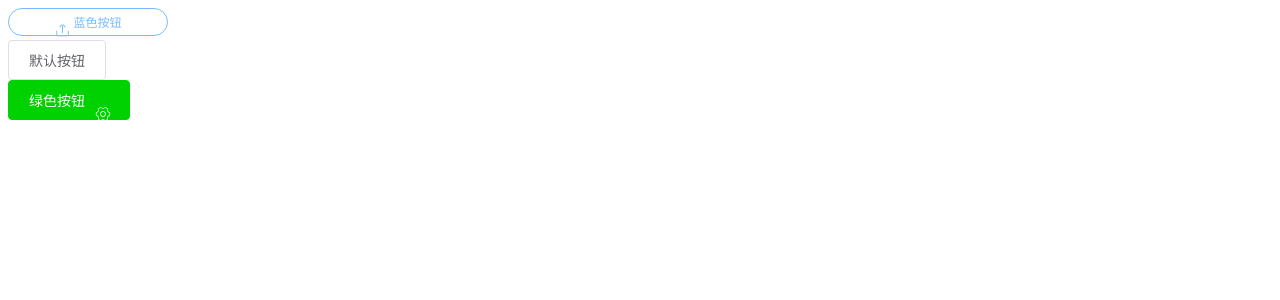
Repository: Cherry-pan/component-packing
Page: /
An editor plug-in stored every save of this project. The page is shown before and after the next save, followed by the edit.
The browser window is 1280 px wide. The pictures show the whole page.
The project was rebuilt for these pictures with package versions that can differ from the ones it lists, and the page was loaded fresh each time. Also part of the build but not shown: vue.config.js.

Above is the page before, as saved 2022-04-30 15:40:02.

### index.html
<!DOCTYPE html>
<html>
  <head>
    <meta charset="utf-8">
    <meta name="viewport" content="width=device-width,initial-scale=1.0">
    <title>component-packing</title>
  </head>
  <body>
    <div id="app"></div>
    <!-- built files will be auto injected -->
  </body>
</html>

### src/main.js
// The Vue build version to load with the `import` command
// (runtime-only or standalone) has been set in webpack.base.conf with an alias.
import Vue from 'vue'
import App from './App'
import router from './router'

Vue.config.productionTip = false
// 引入icon css样式
import "./styles/icon/iconfont.css"
/* eslint-disable no-new */
new Vue({
  el: '#app',
  router,
  components: { App },
  template: '<App/>'
})

### src/styles/icon/iconfont.css
@font-face {
  font-family: "iconfont"; /* Project id 3369880 */
  src:url('iconfont.ttf?t=1651303504252') format('truetype');
}

.iconfont {
  font-family: "iconfont" !important;
  font-size: 16px;
  font-style: normal;
  -webkit-font-smoothing: antialiased;
  -moz-osx-font-smoothing: grayscale;
}

.icon-shezhi:before {
  content: "\e64b";
}

.icon-shangchuan:before {
  content: "\e600";
}

### src/components/Home.vue
<template>
  <div>
    <AButton
      type="primary"
      border
      round
      disabled
      size="mini"
      minWidth="160px"
      prefix="shangchuan"
    >
      蓝色按钮
    </AButton>
    <AButton>
      默认按钮
    </AButton>
    <AButton type="success" suffix="shezhi">
      绿色按钮
    </AButton>
  </div>
</template>

<script>
export default {
  name: "Home",
  components: {
    AButton: () => import("@/components/button/Button.vue")
  },

  data() {
    return {};
  }
};
</script>

<!-- Add "scoped" attribute to limit CSS to this component only -->
<style scoped></style>

### src/components/button/Button.vue
<template>
  <div>
    <button
      :class="[theme, isBorder, isRound, specifications]"
      :disabled="disabled"
      class="a-button"
      :style="[minWidthCss]"
    >
      <span>
        <i
          v-if="iconPrefix"
          class="iconfont icon-prefix"
          :class="iconPrefix"
        ></i>
        <slot></slot>
        <i
          v-if="iconSuffix"
          class="iconfont icon-suffix"
          :class="iconSuffix"
        ></i>
      </span>
    </button>
  </div>
</template>

<script>
export default {
  name: "Button",
  props: {
    //   类型
    type: {
      type: String,
      default: ""
    },
    // 边框
    border: Boolean, //默认是false
    // 圆角
    round: Boolean,
    // 是否禁用
    disabled: Boolean,
    size: {
      type: String,
      default: ""
    },
    minWidth: {
      type: String,
      default: ""
    },
    prefix: {
      type: String,
      default: ""
    },
    suffix: {
      type: String,
      default: ""
    }
  },
  computed: {
    // 监听变化
    theme() {
      console.log(this.type);
      // 如果有值，返回
      return this.type ? `a-button-${this.type}` : "";
    },
    isBorder() {
      return this.border ? "is-border" : "";
    },
    isRound() {
      return this.round ? "is-round" : "";
    },
    specifications() {
      return this.size ? `a-button-${this.size}` : "";
    },
    minWidthCss() {
      // 如果没有值，返回空，有值拼接css样式
      if (!this.minWidth) {
        return "";
      }
      return { "min-width": this.minWidth };
    },
    iconPrefix() {
      return this.prefix ? `icon-${this.prefix}` : "";
    },
    iconSuffix() {
      return this.suffix ? `icon-${this.suffix}` : "";
    }
  },
  data() {
    return {};
  },

  mounted() {},

  methods: {}
};
</script>

<style lang="scss" scoped>
.a-button {
  padding: 0 20px 0 20px;
  border-width: 1px;
  border-color: #dcdfe6;
  border-style: solid;
  border-radius: 4px;
  background-color: white;
  font-size: 14px;
  color: #606266;
  height: 40px;
  line-height: 40px;
  + .a-button{
      margin-left: 10px;
  }
  > span {
    display: flex;
    align-items: center;
    justify-content: center;
  }
  i {
    width: 14px;
    height: 14px;
  }
  .icon-prefix {
    margin-right: 10px;
  }
  .icon-suffix {
    margin-left: 10px;
  }
}
// 禁用 透明度
.a-button[disabled] {
  opacity: 0.7;
  // 鼠标变成禁用
  cursor: not-allowed;
}
.a-button-primary {
  border-color: #409eff;
  background-color: #409eff;
  color: white;
  &.is-border {
    background-color: transparent;
    color: #409eff;
  }
}
.a-button-success {
  border-color: #00d100;
  background-color: #00d100;
  color: white;
  &.is-border {
    background-color: transparent;
    color: #00d100;
  }
}
.a-button-warning {
  border-color: #e6a23c;
  background-color: #e6a23c;
  color: white;
  &.is-border {
    background-color: transparent;
    color: #e6a23c;
  }
}
.a-button-danger {
  border-color: #f56c6c;
  background-color: #f56c6c;
  color: white;
  &.is-border {
    background-color: transparent;
    color: #f56c6c;
  }
}
// 圆角
.is-round {
  border-radius: 100px;
}
// 尺寸
.a-button-medium {
  height: 36px;
  line-height: 36px;
}
.a-button-small {
  height: 32px;
  line-height: 32px;
  font-size: 12px;
  padding: 0 15px 0 15px;
  .icon-prefix {
    margin-right: 5px;
  }
  .icon-suffix {
    margin-left: 5px;
  }
}
.a-button-mini {
  height: 28px;
  line-height: 28px;
  font-size: 12px;
  padding: 0 15px 0 15px;
  .icon-prefix {
    margin-right: 5px;
  }
  .icon-suffix {
    margin-left: 5px;
  }
}
</style>

Loaded but not shown: src/App.vue (common file); src/router/index.js (common file)

After the next save:
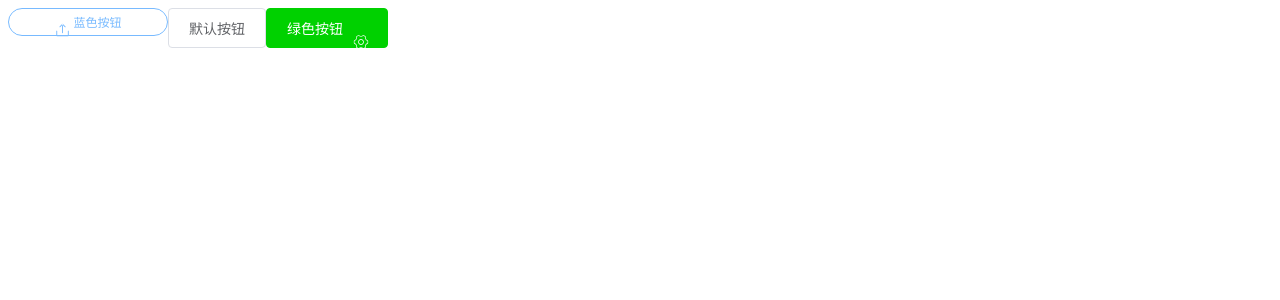
Saved 26 s later.
--- a/src/components/Home.vue
+++ b/src/components/Home.vue
@@ -1,5 +1,5 @@
 <template>
-  <div>
+  <div style="display:flex">
     <AButton
       type="primary"
       border
